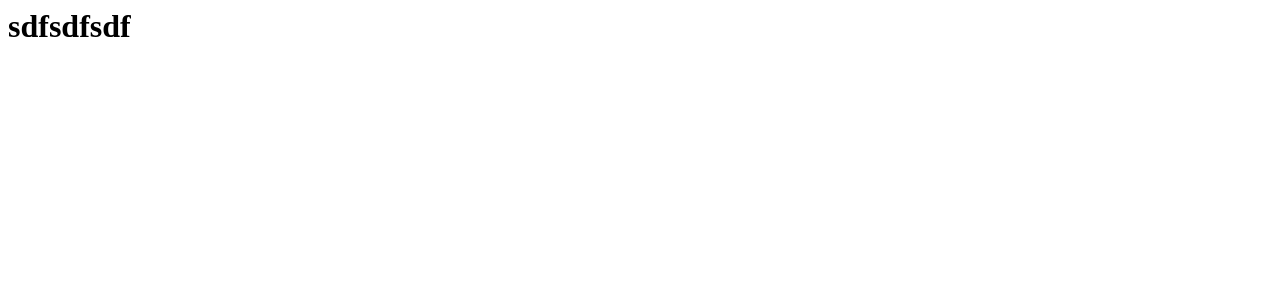
Repository: Hoa7604/kist_Java
Page: http://localhost/webShop/hai
These files come from the project's save history. The page is drawn as it stood at one moment and after the next save; the edit follows.
The browser window is 1280 px wide. The pictures show the whole page.
The page is served by Tomcat 9.

Above is the page before, as saved 2020-08-10 08:23:54.

After the next save:
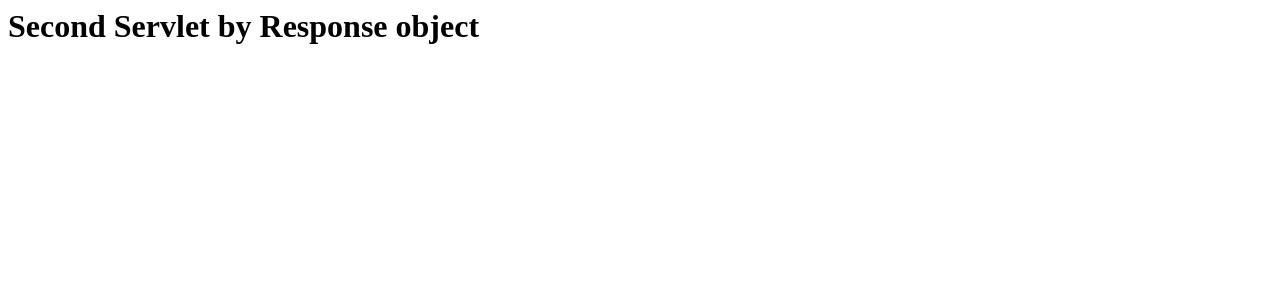
Saved 40 s later.
--- a/project-booking-tour/webShop/src/tp/kits3/demo/SecondServlet.java
+++ b/project-booking-tour/webShop/src/tp/kits3/demo/SecondServlet.java
@@ -46,9 +46,9 @@ public class SecondServlet implements Servlet {
 		//2open OutputStream to client
 		PrintWriter out = res.getWriter();
 		//Send HTML DAta
-		out.println("<html><head><title>secondServlet</title></head>");
+		out.println("<html><head><title>SecondServlett</title></head>");
 		out.println("<body>");
-		out.println("<h1>sdfsdfsdf</h1>");
+		out.println("<h1>Second Servlet by Response object </h1>");
 		out.println("</body></html>");
 	}
 
